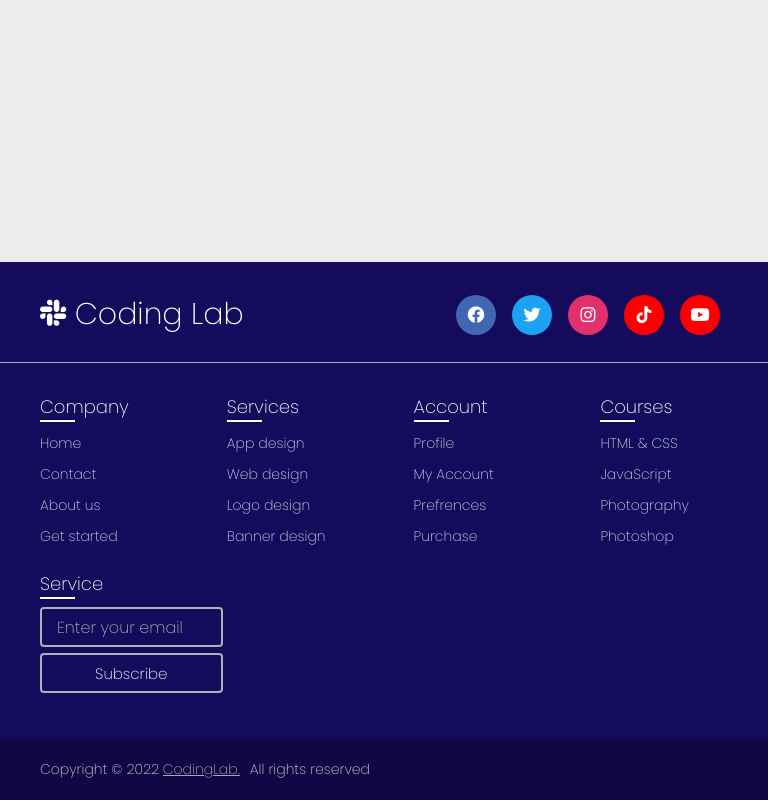
Repository: huynhvanngoan/TaskTeam5
Page: ResponsiveWebsiteFooterDesign/index.html
These files come from the project's save history. The page is drawn as it stood at one moment and after the next save; the edit follows.
The browser window is 768 px wide. The pictures show the whole page.

Above is the page before, as saved 2022-10-10 13:20:02.

After the next save:
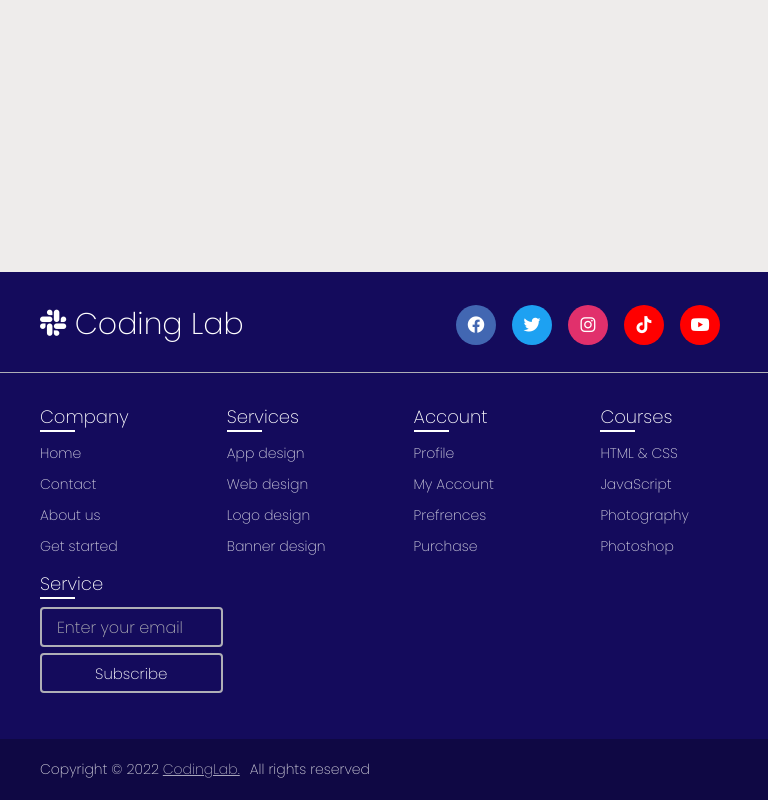
Saved 20 s later.
--- a/ResponsiveWebsiteFooterDesign/style.css
+++ b/ResponsiveWebsiteFooterDesign/style.css
@@ -197,7 +197,7 @@ footer .bottom-details .bottom_text{
     footer .content .link-boxes{
         flex-wrap: wrap;
     }
-    .content .link-boxes .input-box{
+    f.content .link-boxes .input-box{
         width: 40%;
         margin-top: 10px;
     }
